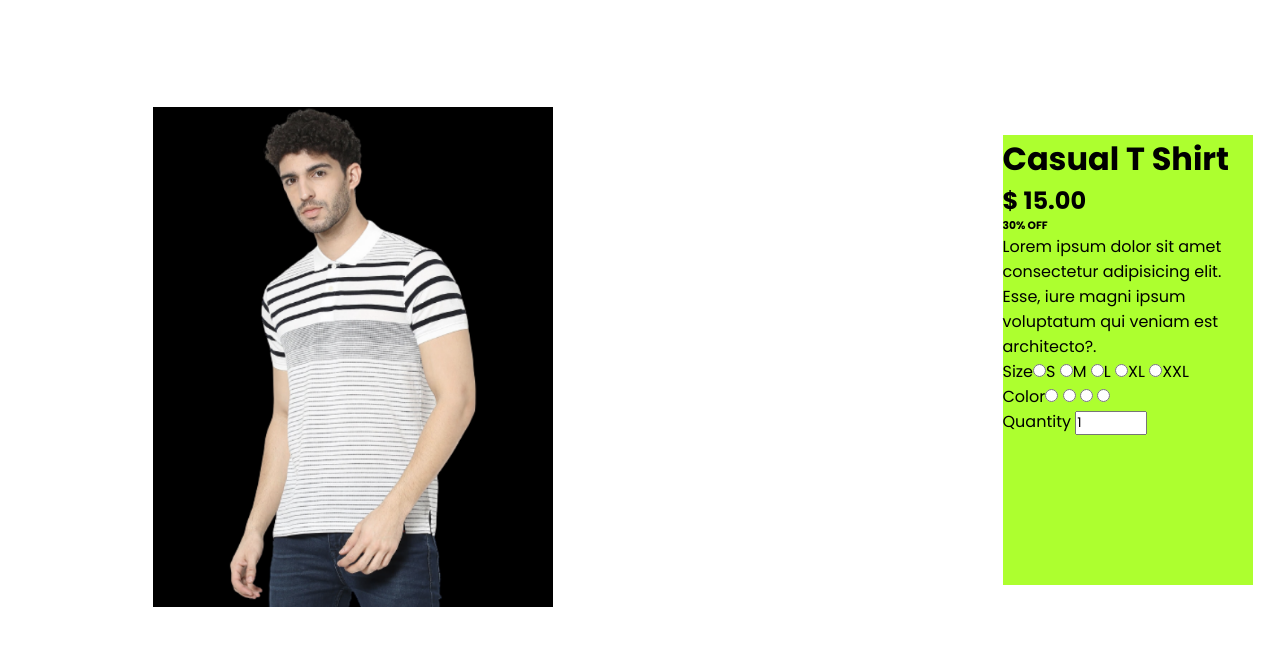
Repository: Ankitkr2021/Product-Page
Page: index.html
The author's editor kept a copy of each file at every save. The page is drawn from the files as they stood at one save, then again after the next save.
The browser window is 1280 px wide. The pictures show the whole page.

Above is the page before, as saved 2025-10-24 10:25:13.

After the next save:
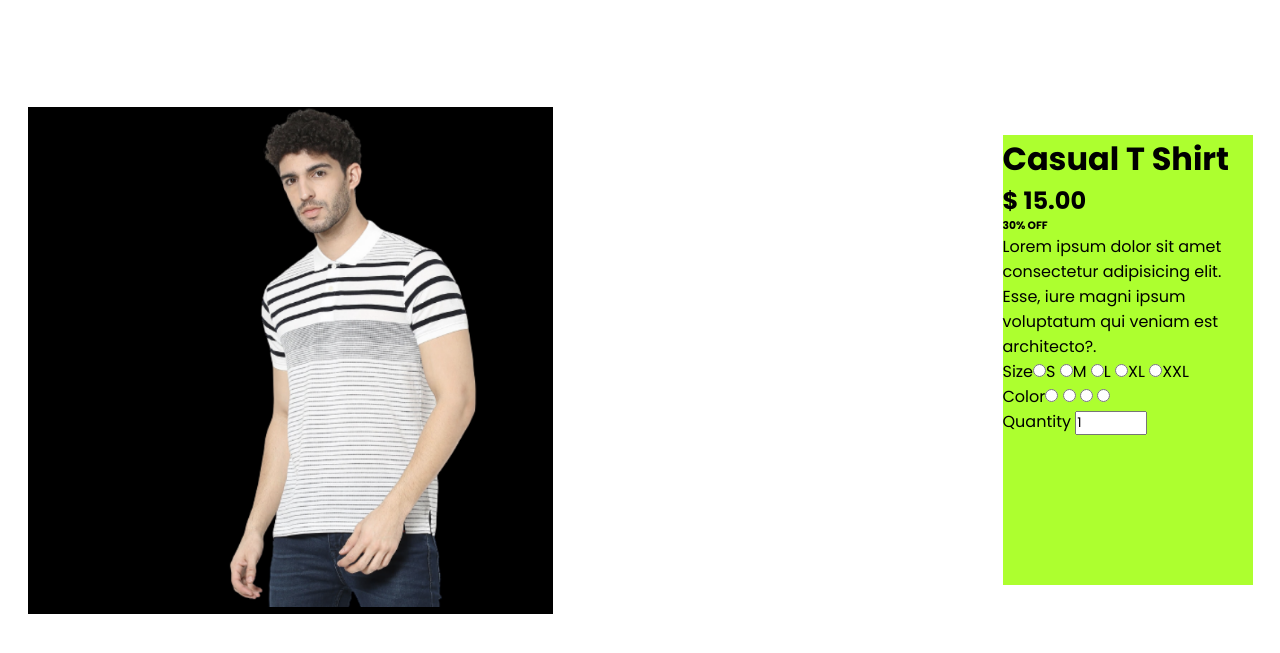
Saved 4 s later.
--- a/style.css
+++ b/style.css
@@ -17,13 +17,13 @@
 
 .left {
 
+    background: #000;
     padding-left: 125px;
 }
 
 .left img {
     height: 500px;
     width: 400px;
-    background: #000;
 }
 
 .right{
